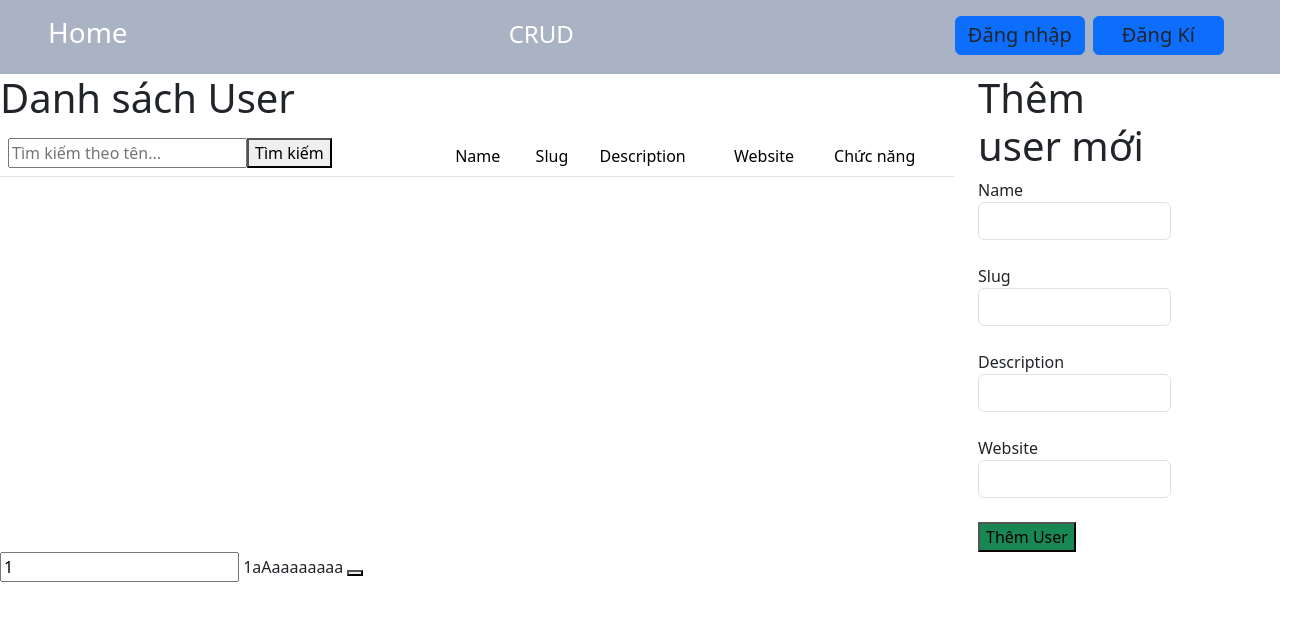
Repository: tung1999zxc/vue-project
Page: /crud2
These files come from the project's save history. The page is drawn as it stood at one moment and after the next save; the edit follows.
The browser window is 1280 px wide. The page is 1292 px wide, so the pictures cover 1292 px, including what lies to the right of the window. The pictures show the whole page.
The page's requests for data from a server got no answer. The project was rebuilt for these pictures with package versions that can differ from the ones it lists, and the page was loaded fresh each time. No one was signed in, and anything a server would have sent is missing. Also part of the build but not shown: vite.config.ts, src/components/test.vue, src/components/footer1.vue, src/views/HomeView.vue, src/components/login.vue, src/components/Regis.vue, src/components/crud.vue, src/components/upload.vue.

Above is the page before, as saved 2023-08-14 08:19:20.

### index.html
<!DOCTYPE html>
<html lang="en">
  <head>
    <meta charset="UTF-8">
    <meta name="viewport" content="width=device-width, initial-scale=1.0">
    <title>Vite App</title>
  </head>
  <body>
    <div id="app"><div></div></div>
    <script type="module" src="/src/main.js"></script>

  </body>
</html>

### src/main.js


import { createApp } from 'vue';
import { createPinia } from 'pinia';



import App from './App.vue'
import router from './router/index'
import store from './store/index'
import axios from 'axios';
import { Field, Form, ErrorMessage } from 'vee-validate';

import 'bootstrap/dist/css/bootstrap.css'

// const isAuthenticated = localStorage.getItem('token');
// if (isAuthenticated !== null) {
//   store.commit('SET_AUTHENTICATION', isAuthenticated === 'true');
// }

const savedState = JSON.parse(localStorage.getItem('appState'));

if (savedState) {
  store.replaceState(savedState);
}
const app = createApp(App)
app.component('Field', Field);
app.component('Form', Form);
app.component('ErrorMessage', ErrorMessage);
app.use(createPinia())
app.use(router)
app.use(store)
axios.defaults.headers.common['Authorization'] = `Bearer ${localStorage.getItem('token')}`;
app.mount('#app')

### src/App.vue
<template>
  <Menu/>
  <router-view></router-view>



</template>
<script setup lang="ts">
import axios from 'axios';
import { RouterLink, RouterView } from 'vue-router'
import Menu from './components/Menu.vue'


//import login from './components/login.vue'

// export default {
//   components: {
//     Menu,login2
//   },
// };

</script>

<style scoped>

</style>

### src/router/index.js
import { createRouter, createWebHistory } from 'vue-router'
import HomeView from '../views/HomeView.vue'
import Login from '../components/Login.vue'
import Regis from '../components/Regis.vue'
import crud from '../components/crud.vue'
import crud2 from '../components/crud2.vue'
import upload from '../components/upload.vue'


const router = createRouter({
  history: createWebHistory(import.meta.env.BASE_URL),
  routes : [
    {path: '/',component: HomeView,},
    {path: '/login',component:Login,},
    {path: '/Regis',component: Regis,},
    {path: '/crud',component: crud,},
    {path: '/crud2',component: crud2,},
    {path: '/upload',component: upload,},


  ]
})

export default router

### src/store/index.js
// store/index.js

import { createStore } from 'vuex'
import Vuex from 'vuex';
import auth from './auth';



const store = new Vuex.Store({
  modules: {
    auth, // Thêm Vuex module vào store với tên auth
  },
});

store.subscribe((mutation, state) => {
  localStorage.setItem('appState', JSON.stringify(state));
});

export default store;

### src/components/Menu.vue
<template>
    <div>
      <div class="justify-content-between d-flex px-5 py-3 " style="background: #aab3c4; ">


        <div class="h3"><router-link class="text-white text-decoration-none" to="/">Home</router-link></div>
        <div class="h4 mt-1"><router-link class="text-white text-decoration-none" to="/crud">CRUD</router-link></div>
        <!-- <div class="h4 mt-1"><router-link class="text-white text-decoration-none" to="/upload">UPLOAD</router-link></div> -->


        <div class=""><div v-if="!isAuthenticated" class="btn btn-primary mr-2 " >
          <router-link class="text-dark h5 text-decoration-none " to="/Login">Đăng nhập</router-link></div>
         <div v-else class="btn btn-danger " >
          <div @click="handleLogout">Đăng xuất</div></div>
         <div class="btn btn-primary mx-2"  v-show="!isAuthenticated"><router-link class=" h5 px-3 text-dark text-decoration-none" to="/Regis">Đăng Kí</router-link></div></div>

    </div>

    </div>
  </template>

  <script>
  import 'bootstrap/dist/css/bootstrap.css';
  import { mapState, mapGetters , mapMutations ,mapActions} from 'vuex';
  export default {
    computed: {
    ...mapGetters('auth', ['isAuthenticated','userinfo']),
  },
    methods: {
      ...mapMutations('auth', ['SET_AUTHENTICATED']),
      ...mapActions('auth', ['login', 'logout']),
    // handleLogin() {
    //   this.login(); // Call the login action to set isAuthenticated to true
    // },
    handleLogout() {
      this.logout(); // Call the logout action to set isAuthenticated to false
    },


        logoutUser(){
      // Xóa mã thông báo JWT khỏi localStorage khi đăng xuất
      localStorage.removeItem('token');
      // Hoặc đặt lại giá trị isAuthenticated về false khi đăng xuất
      this.SET_AUTHENTICATED = null;
      alert('đăng xuất thành  công');



    },
    },

  };
  </script>

  <style scoped>


  </style>

### src/components/crud2.vue
<template>
    <div>
      <div class="row">
        <div class="col-9">
          <h1>Danh sách User</h1>
          <table class="table">
            <thead>
              <tr>
                <td>
                  <input v-model="nameSearch.Name" placeholder="Tìm kiếm theo tên..." />
                  <button @click="handleSearch">Tìm kiếm</button>
                </td>
                <td>Name</td>
                <td>Slug</td>
                <td>Description</td>
                <td>Website</td>
                <td>Chức năng</td>
              </tr>
            </thead>
            <tr v-for="user in users" :key="user.Id">
              <td>{{ user.Id }}</td>
              <td>{{ user.Name }}</td>
              <td>{{ user.Slug }}</td>
              <td>{{ user.Description }}</td>
              <td>{{ user.Website }}</td>
              <td>
                <button @click="_editUser(user)">Chỉnh sửa</button>
                <button @click="deleteUser(user.Id)">Xóa</button>
              </td>
            </tr>
          </table>
        </div>
        <div class="col-2">
          <h1 v-if="editUser.Id">Chỉnh sửa user</h1>
          <h1 v-else>Thêm user mới</h1>
          <form @submit.prevent="editUser.Id ? updateUser() : addNewUser()">
            <label for="Name">Name</label>
            <input class="form-control " type="text" id="Name" v-model="editUser.Name" v-if="editUser.Id" required>
            <input class="form-control " type="text" id="Name" v-model="newUser.Name" v-else required>
            <br>
            <label for="Slug">Slug</label>
            <input class="form-control " type="text" id="Slug" v-model="editUser.Slug" v-if="editUser.Id" required>
            <input class="form-control " type="text" id="Slug" v-model="newUser.Slug" v-else required>

            <br>

            <label for="Description">Description</label>
            <input class="form-control " type="text" id="Description" v-model="editUser.Description" v-if="editUser.Id" required>
            <input class="form-control" type="text" id="Description" v-model="newUser.Description"   v-else required>
            <br>
            <label for="Website">Website</label>
            <input class="form-control" type="text" id="Website" v-model="editUser.Website" v-if="editUser.Id" required>
            <input class="form-control" type="text" id="Website" v-model="newUser.Website" v-else  required>
            <br>
            <button class="btn-block bg-success" type="submit">
              {{ editUser.Id ? 'Lưu' : 'Thêm User' }}
            </button>
          </form>
        </div>
      </div>
      <input type="number" v-model="so1"> {{ so1 }}aAaaaaaaaa
      <button></button>
    </div>
  </template>

  <script>
  import { ref, onMounted } from 'vue';
  import axios from 'axios';

  export default {
    name: 'YourComponentName',
    setup() {

      const so1 = ref(1);
      const nameSearch = ref({ Name: '' });
      const users = ref([]);
      const newUser = ref({
        Name: '',
        Slug: '',
        Description: '',
        Website: '',
      });
      const editUser = ref({
        Id: '',
        Name: '',
        Slug: '',
        Description: '',
        Website: '',
      });

      const handleSearch = async () => {
        try {
          const response = await axios.post('https://api.tranhai.net/api/manufacturer/_search', nameSearch.value);
          users.value = response.data.data;
        } catch (err) {
          console.error(err);
          alert('Tìm kiếm thất bại');
        }
      };

      const getUsers = async () => {
        try {
          const response = await axios.post('https://api.tranhai.net/api/manufacturer/_search', {
            Page: 1,
            PageSize: 10,
          });
          users.value = response.data.data;
        } catch (error) {
          alert('Lỗi khi lấy dữ liệu user:', error);
        }
      };

      const addNewUser = async () => {
      try {
        const response = await axios.post('https://api.tranhai.net/api/manufacturer', newUser.value);
        getUsers();
        alert('Thêm thành công');
        // Reset form
        newUser.value.Name = '';
        newUser.value.Slug = '';
        newUser.value.Description = '';
        newUser.value.Website = '';
      } catch (error) {
        console.error('Lỗi khi thêm user:', error);
      }
    };

    const _editUser = (user) => {
      editUser.value.Id = user.Id;
      editUser.value.Name = user.Name;
      editUser.value.Slug = user.Slug;
      editUser.value.Description = user.Description;
      editUser.value.Website = user.Website;
    };

    const updateUser = async () => {
      try {
        const response = await axios.put(`https://api.tranhai.net/api/manufacturer/${editUser.value.Id}`, editUser.value);
        console.log(response.data);
        getUsers();
        editUser.value = {
          Id: '',
          Name: '',
          Slug: '',
          Description: '',
          Website: '',
        };
      } catch (error) {
        console.error('Lỗi khi cập nhật user:', error);
      }
    };

    const deleteUser = async (userId) => {
      try {
        const response = await axios.delete(`https://api.tranhai.net/api/manufacturer?ids=${userId}`);
        alert('Xóa thành công user:');
        getUsers();
      } catch (error) {
        console.error('Lỗi khi xóa user:', error);
      }
    };
    onMounted(() => {
      getUsers();
    });

    return {
        so1,
      nameSearch,
      users,
      newUser,
      editUser,
      _editUser,
      handleSearch,
      getUsers,
      addNewUser,
      updateUser,
      deleteUser,
    };
    },
  };
  </script>

  <style scoped></style>

### src/store/auth.js
const state = {
  isAuthenticated: localStorage.getItem('token'),
  // userinfo: JSON.parse(localStorage.getItem('userinfo')),
  userinfo: null,

  // Các thông tin người dùng khác nếu cần
};

const getters = {
  isAuthenticated: state => state.isAuthenticated,
  userinfo: state => state.userinfo,

  // Các getters khác nếu cần
};
  const mutations = {
    SET_AUTHENTICATED(state, value) {
      state.isAuthenticated = value;
    },
    SET_USERINFO(state, value) {
      state.userinfo = value;

    },
    // Các mutations khác nếu cần
  };
  import axios from 'axios';
  import router from '../router/index';
  const actions = {
    login({ commit }, { username, password }) {

      axios.post('https://api.tranhai.net/api/auth/login', {
      username: username,
      password: password
    })
    .then(response => {
      const data = response.data;
      localStorage.setItem('token', data.access_token);
      commit('SET_AUTHENTICATED', localStorage.getItem('token'));

      axios.get('https://api.tranhai.net/api/userinfo/me'
      // {
      //   headers: {
      //     Authorization: 'Bearer ' + localStorage.getItem('token'),
      //   }}
        )
      .then(response=>{
        // localStorage.setItem('userinfo', JSON.stringify(response.data));
        commit('SET_USERINFO',response.data)


      })
      .catch(error =>{
        alert('lấy thông tin thất bại');
      })

      // console.log(data)
      // this.token = data.access_token;
    })
    .catch(error => {
      // Xử lý lỗi đăng nhập
      console.error(error);

      alert('Đăng nhập thất bại!');

    });

    //
    //

        },


      logout({ commit }) {
        localStorage.removeItem('token');
        localStorage.removeItem('userinfo');
          commit('SET_AUTHENTICATED', localStorage.getItem('token'));
          commit('SET_USERINFO', {});
          alert('đăng xuất thành  công');
        },

  };


  export default {
    namespaced: true,
    state,
    mutations,
    actions,
    getters,
  };

After the next save:
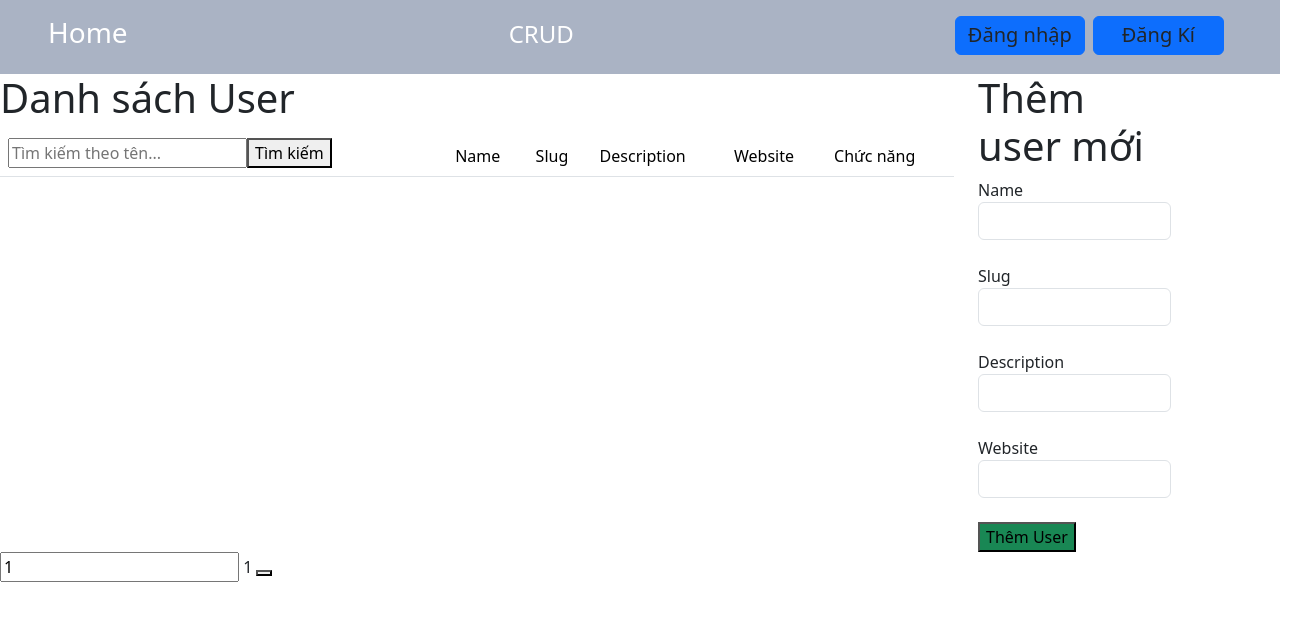
Saved 2 min 3 s later.
--- a/src/components/crud2.vue
+++ b/src/components/crud2.vue
@@ -58,7 +58,7 @@
           </form>
         </div>
       </div>
-      <input type="number" v-model="so1"> {{ so1 }}aAaaaaaaaa
+      <input type="number" v-model="so1"> {{ so1 }}
       <button></button>
     </div>
   </template>
